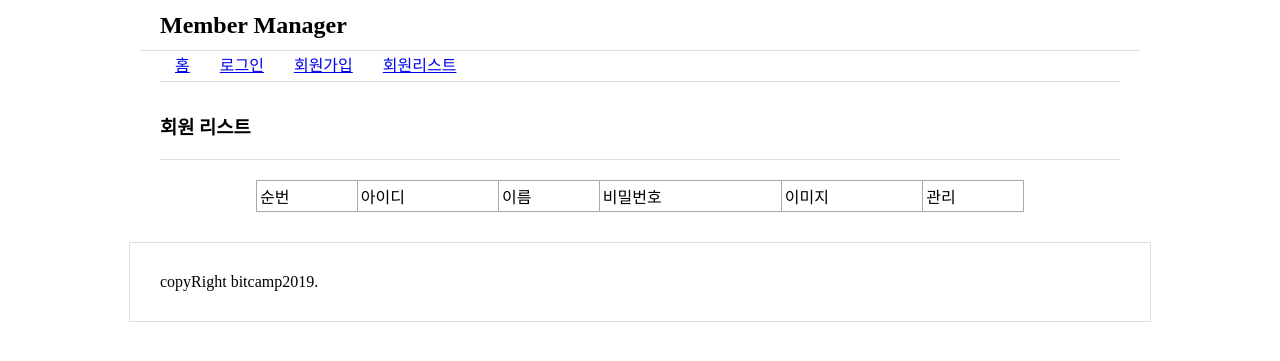
Repository: hhw9797/bitcampjn201904
Page: http://localhost/MemberManager/member/memberlist.jsp
An editor plug-in stored every save of this project. The page is shown before and after the next save, followed by the edit.
The browser window is 1280 px wide. The pictures show the whole page.
The page is served by Tomcat 9. Other server files are loaded and not shown.

Above is the page before, as saved 2019-06-26 08:09:26.

### html/html5/jsp/MemberManager/WebContent/member/memberlist.jsp
<%@page import="member.MemberInfo"%>
<%@page import="java.util.Enumeration"%>
<%@ page language="java" contentType="text/html; charset=UTF-8"
	pageEncoding="UTF-8"%>
<%
	Enumeration<String> e = application.getAttributeNames();
%>
<!DOCTYPE html>
<html>
<head>
<meta charset="UTF-8">
<title>Insert title here</title>
<script src="https://code.jquery.com/jquery-1.12.4.js"></script>
<link href="/mm/css/default.css" rel="stylesheet" type="text/css">
<style>
	img.sumnail {
		height : 25px;
		margin : 2px;
	}

	table {
		width : 80%;
		margin : 0 auto;
		border : 0;
		border-collapse: collapse;
	}

	table td {
		padding : 3px;
		border : 1px solid #AAA;
	}


</style>
</head>
<body>

	<!-- 헤더 시작 -->
	<%@ include file="../frame/header.jsp"%>
	<!-- 헤더 끝 -->


	<!-- 네비게이션 시작 -->
	<%@ include file="../frame/nav.jsp"%>
	<!-- 네비게이션 끝 -->


	<!-- 컨텐츠 시작 -->
	<div id="contents">
		<h3>회원 리스트</h3>
		<hr>
		<table>
			<tr>
				<td>순번</td>
				<td>아이디</td>
				<td>이름</td>
				<td>비밀번호</td>
				<td>이미지</td>
				<td>관리</td>
			</tr>

			<!-- 리스트 반복 시작 -->
			<%
				while (e.hasMoreElements()) {

					String name = e.nextElement();

					Object obj = application.getAttribute(name);

					if (obj instanceof MemberInfo) {
						MemberInfo member = (MemberInfo)obj;
			%>
			<tr>
				<td>순번</td>
				<td><%= member.getuId() %></td>
				<td><%= member.getuName() %></td>
				<td><%= member.getuPW() %></td>
				<td><img class="sumnail" alt="회원 사진" sre="../images/<%= member.getuPhoto()%>"></td>
				<td><a href="#">수정</a> | <a href="#">삭제</a></td>
			</tr>
			<%
				}
				}
			%>
			<!-- 리스트 반복 종료 -->
		</table>

	</div>
	<!-- 컨텐츠 끝 -->


	<!-- 푸터 시작 -->
	<%@ include file="../frame/footer.jsp"%>
	<!-- 푸터 끝 -->

</body>
</html>

### html/html5/jsp/MemberManager/WebContent/frame/header.jsp
<%@ page language="java" contentType="text/html; charset=UTF-8"
    pageEncoding="UTF-8"%>
<div id="header">
	<h2>Member Manager</h2>
</div>

### html/html5/jsp/MemberManager/WebContent/frame/nav.jsp
<%@ page language="java" contentType="text/html; charset=UTF-8"
    pageEncoding="UTF-8"%>
<div id="nav">
	<ul>
		<li><a href="<%= request.getContextPath() %>">홈</a></li>
		<li><a href="<%= request.getContextPath() %>/member/login.jsp">로그인</a></li>
		<li><a href="<%= request.getContextPath() %>/member/memberRegForm.jsp">회원가입</a></li>
		<li><a href="#">회원리스트</a></li>
	</ul>
</div>

### html/html5/jsp/MemberManager/WebContent/frame/footer.jsp
<%@ page language="java" contentType="text/html; charset=UTF-8"
    pageEncoding="UTF-8"%>
<div id="footer">
	copyRight bitcamp2019.
</div>

### html/html5/jsp/MemberManager/src/member/MemberInfo.java
package member;

import java.util.Date;

public class MemberInfo {
	// 각 변수의 저근 제어지시자는 private
		private String uId;
		private String uPW;
		private String uName;
		private String uPhoto;
		private Date regDate;


		// default 생성자 필수
		public MemberInfo() {
			this.regDate = new Date();
		}

		public MemberInfo(String uId, String uPW, String uName, String uPhoto) {
			super();
			this.uId = uId;
			this.uPW = uPW;
			this.uName = uName;
			this.uPhoto = uPhoto;
			this.regDate = new Date();
		}

		// 변수들의 Getter/Setter  시작

		public String getuId() {
			return uId;
		}

		public void setuId(String uId) {
			this.uId = uId;
		}

		public String getuPW() {
			return uPW;
		}

		public void setuPW(String uPW) {
			this.uPW = uPW;
		}

		public String getuName() {
			return uName;
		}

		public void setuName(String uName) {
			this.uName = uName;
		}

		public String getuPhoto() {
			return uPhoto;
		}

		public void setuPhoto(String uPhoto) {
			this.uPhoto = uPhoto;
		}

		public Date getRegDate() {
			return regDate;
		}

		public void setRegDate(Date regDate) {
			this.regDate = regDate;
		}


		// 데이터 확인을 위한 toString 오버라이딩
		@Override
		public String toString() {
			return "MemberInfo [uId=" + uId + ", uPW=" + uPW + ", uName=" + uName + ", uPhoto=" + uPhoto + ", regDate="
					+ regDate + "]";
		}

		// 화면 결과 출력을 위한 HTML 코드 반환
		public String makeHtmlDiv() {
			String str = "";

			str += "<div class=\"mInfor\"> \n";
			str += "	<h3> \n";
			str += "		" + uId + "("+ uName +")\n";
			str += "	</h3> \n";
			str += "	<p> \n";
			str += "		"+ uPW;
			str += "	</p> \n";
			str += "</div> \n";



			return str;
		}

		// MemberInfo 객체 -> LoginInfo 객체 반환
		public LoginInfo toLoginInfo() {

			return new LoginInfo(uId, uName, uPhoto);

		}





}

### html/html5/jsp/MemberManager/WebContent/css/default.css
@charset "UTF-8";

	* {
		margin : 0;
		padding : 0;
	}

	div {
		width : 960px;
		margin : 0 auto;
	}

	#header {
		height: 50px;
		padding : 0 20px;
		border-bottom : 1px solid #DDD;
	}

	#header>h2 {
		line-height: 50px;
	}

	#nav {
		height : 30px;
		border-bottom: 1px solid #DDD;
	}

	#nav>ul {
		overflow : hidden; /* 또는 contents 에서 clear both */
	}

	#nav>ul>li {
		list-style : none;
		float: left;
		padding: 0 15px;

		line-height: 30px;
	}

	#contents {
		padding : 30px;

	}

	hr {
		border: 0;
		border-bottom: 1px solid #DDD;
		margin: 20px 0;
	}

	#footer {
		border: 1px solid #DDD;
		padding: 30px;
	}

After the next save:
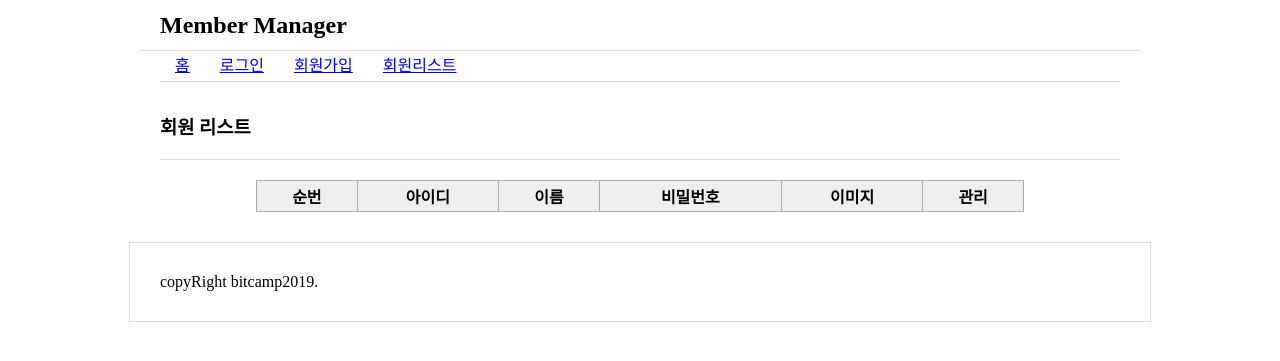
Saved 98 s later.
--- a/html/html5/jsp/MemberManager/WebContent/member/memberlist.jsp
+++ b/html/html5/jsp/MemberManager/WebContent/member/memberlist.jsp
@@ -30,7 +30,11 @@
 		border : 1px solid #AAA;
 	}
 
-
+	table tr:first-child>td {
+			text-align: center;
+			background-color: #EEE;
+			font-weight: bold;
+	}
 </style>
 </head>
 <body>
